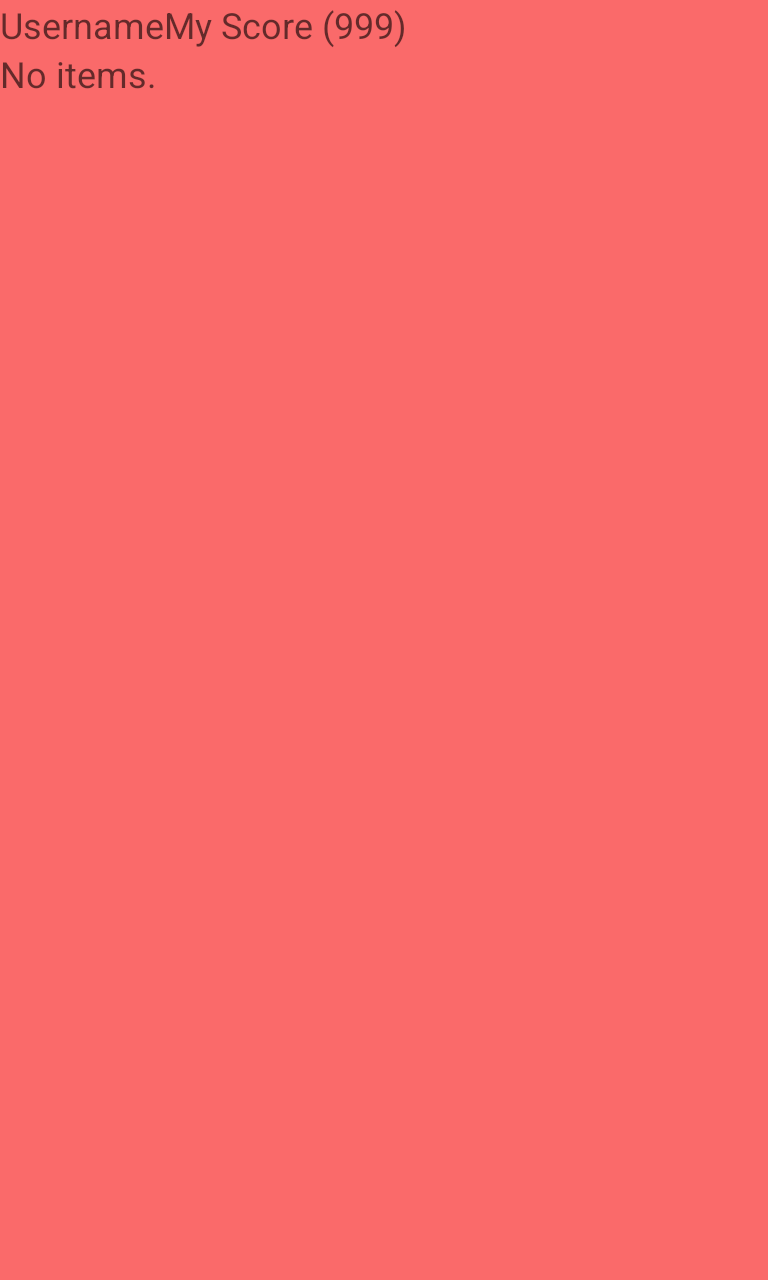
Repository: quantumlicht/android-capstone
Layout: capstone_client/res/layout/fragment_created_quiz.xml
These files come from the project's save history. The layout is drawn as it stood at one moment and after the next save; the edit follows.
It is drawn on a 768 x 1280 px phone screen (xhdpi) without system bars, with theme AppTheme; the app's code is not run. Lists and similar views that code fills are empty. The app's manifest (not shown) leaves right-to-left support off. So textAlignment, textDirection and layoutDirection are ignored, and left and right values win over start and end ones.

Above is the layout before, as saved 2014-11-13 01:30:22.

### capstone_client/res/layout/fragment_created_quiz.xml
<?xml version="1.0" encoding="utf-8"?>
<LinearLayout xmlns:android="http://schemas.android.com/apk/res/android"
    android:layout_width="match_parent"
    android:layout_height="match_parent"
    android:background="#fa6a6a"
    android:orientation="vertical" >

    <LinearLayout
        android:layout_width="match_parent"
        android:layout_height="wrap_content" >

        <TextView
            android:id="@+id/username"
            android:layout_width="wrap_content"
            android:layout_height="wrap_content"
            android:text="Username"
            android:textAppearance="?android:attr/textAppearanceMedium" />

        <TextView
            android:id="@+id/textView2"
            android:layout_width="156dp"
            android:layout_height="wrap_content"
            android:gravity="fill_horizontal|right"
            android:text="My Score (999)"
            android:textAlignment="gravity"
            android:textAppearance="?android:attr/textAppearanceMedium" />

    </LinearLayout>

    <FrameLayout
        android:layout_width="match_parent"
        android:layout_height="0dip"
        android:layout_weight="1" >

        <!--
             Here is the list. Since we are using a ListActivity, we
             have to call it "@android:id/list" so ListActivity will
             find it
        -->

        <ListView
            android:id="@+id/android:list"
            android:layout_width="match_parent"
            android:layout_height="match_parent"
            android:drawSelectorOnTop="false" />

        <!-- Here is the view to show if the list is emtpy -->

        <TextView
            android:id="@android:id/empty"
            android:layout_width="match_parent"
            android:layout_height="match_parent"
            android:text="No items."
            android:textAppearance="?android:attr/textAppearanceMedium" />
    </FrameLayout>

</LinearLayout>

### capstone_client/res/values/styles.xml
<resources>

    <!--
        Base application theme, dependent on API level. This theme is replaced
        by AppBaseTheme from res/values-vXX/styles.xml on newer devices.
    -->
    <style name="AppBaseTheme" parent="Theme.AppCompat.Light">
        <!--
            Theme customizations available in newer API levels can go in
            res/values-vXX/styles.xml, while customizations related to
            backward-compatibility can go here.
        -->
    </style>

    <!-- Application theme. -->
    <style name="AppTheme" parent="AppBaseTheme">
        <!-- All customizations that are NOT specific to a particular API-level can go here. -->
    </style>

    <declare-styleable name="FragmentArguments">
    	<attr name="android:label" />
	</declare-styleable>

</resources>

Loaded but not shown: capstone_client/res/values-v11/styles.xml (common file); capstone_client/res/values-v14/styles.xml (common file)

After the next save:
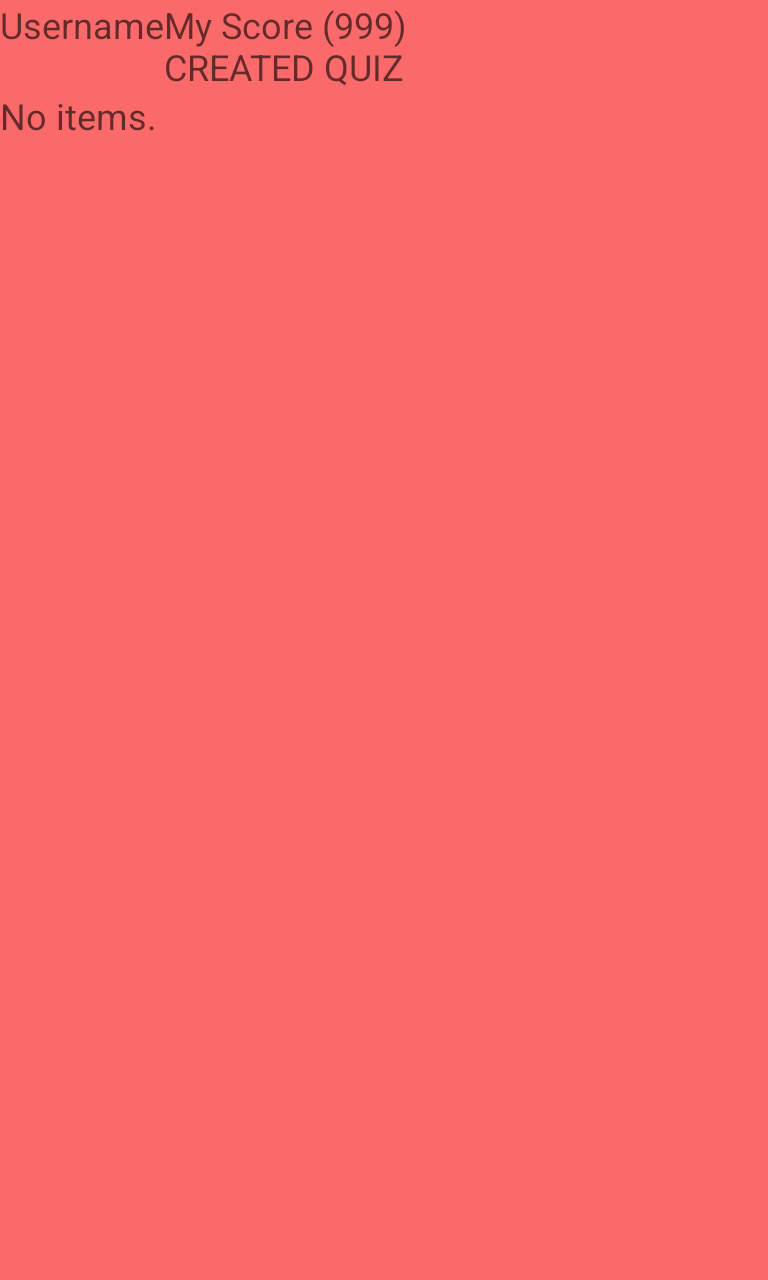
Saved 29 min 9 s later.
--- a/capstone_client/res/layout/fragment_created_quiz.xml
+++ b/capstone_client/res/layout/fragment_created_quiz.xml
@@ -21,7 +21,7 @@
             android:layout_width="156dp"
             android:layout_height="wrap_content"
             android:gravity="fill_horizontal|right"
-            android:text="My Score (999)"
+            android:text="My Score (999) CREATED QUIZ"
             android:textAlignment="gravity"
             android:textAppearance="?android:attr/textAppearanceMedium" />
 

After the save that followed:
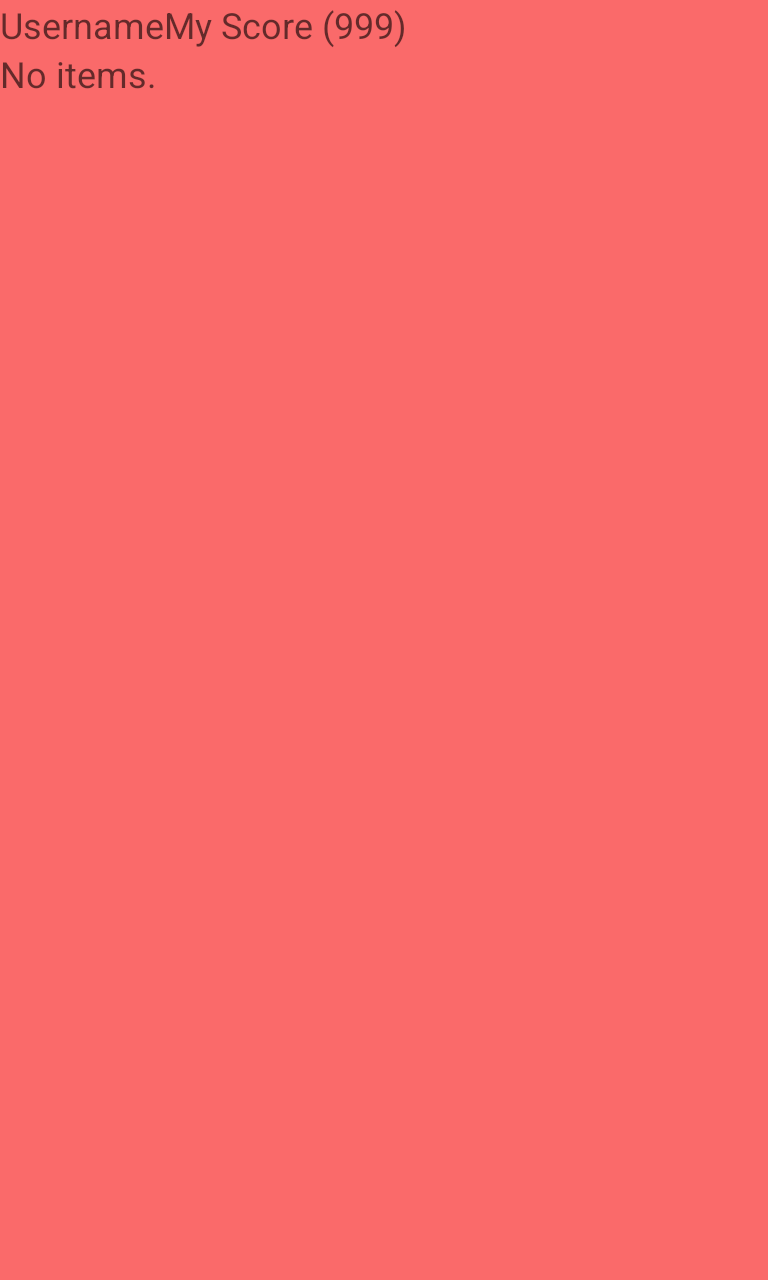
Saved 4 min 41 s later.
--- a/capstone_client/res/layout/fragment_created_quiz.xml
+++ b/capstone_client/res/layout/fragment_created_quiz.xml
@@ -21,7 +21,7 @@
             android:layout_width="156dp"
             android:layout_height="wrap_content"
             android:gravity="fill_horizontal|right"
-            android:text="My Score (999) CREATED QUIZ"
+            android:text="My Score (999)"
             android:textAlignment="gravity"
             android:textAppearance="?android:attr/textAppearanceMedium" />
 
